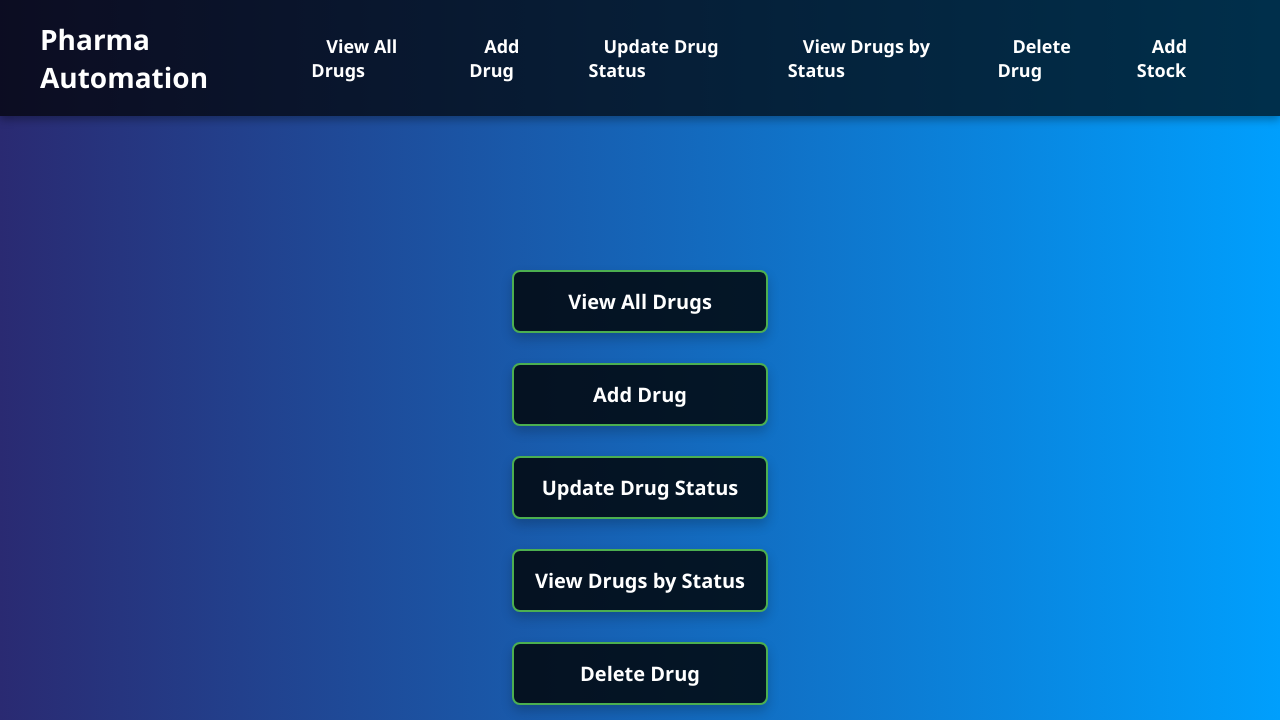
Repository: Clarrieous/Infosys-intern
Page: http://localhost/index
These files come from the project's save history. The page is drawn as it stood at one moment and after the next save; the edit follows.
The browser window is 1280 px wide. The pictures show the whole page.
The page is this project's Thymeleaf template; nobody is signed in. The template is opened directly, without the code that normally fills it, so the values that code supplies are empty.

Above is the page before, as saved 2024-12-08 12:19:46.

### ClientService/src/main/resources/templates/index.html
<!DOCTYPE html>
<html xmlns:th="http://www.thymeleaf.org">
<head>
    <meta charset="UTF-8">
    <meta name="viewport" content="width=device-width, initial-scale=1.0">
    <title>Pharma Automation System</title>
    <style>
        body {
            font-family: 'Segoe UI', Tahoma, Geneva, Verdana, sans-serif;
            margin: 0;
            padding: 0;
            background: linear-gradient(to right, #2a2a72, #009ffd);
            color: #fff;
            height: 100vh;
            display: flex;
            flex-direction: column;
            justify-content: space-between;
        }

        .navbar {
            display: flex;
            justify-content: space-between;
            align-items: center;
            padding: 20px 40px;
            background-color: rgba(0, 0, 0, 0.7);
            box-shadow: 0 4px 8px rgba(0, 0, 0, 0.3);
        }

        .navbar h1 {
            margin: 0;
            font-size: 28px;
            font-weight: bold;
            color: #fff;
        }

        .navbar ul {
            list-style-type: none;
            margin: 0;
            padding: 0;
            display: flex;
        }

        .navbar ul li {
            margin-left: 20px;
        }

        .navbar ul li a {
            color: white;
            text-decoration: none;
            font-size: 18px;
            font-weight: 600;
            transition: color 0.3s;
            padding: 10px 15px;
            border-radius: 4px;
        }

        .navbar ul li a:hover {
            background-color: #4CAF50;
            color: white;
        }

        .button-list {
            display: flex;
            flex-direction: column;
            justify-content: center;
            align-items: center;
            margin-top: 40px;
        }

        .button-list a {
            display: block;
            width: 220px;
            text-align: center;
            padding: 16px;
            margin: 15px 0;
            font-size: 20px;
            font-weight: bold;
            color: #fff;
            background-color: rgba(0, 0, 0, 0.8);
            text-decoration: none;
            border: 2px solid #4CAF50;
            border-radius: 8px;
            transition: all 0.3s ease;
            box-shadow: 0 6px 12px rgba(0, 0, 0, 0.2);
        }

        .button-list a:hover {
            background-color: #4CAF50;
            color: white;
            transform: translateY(-5px);
            box-shadow: 0 8px 16px rgba(0, 0, 0, 0.3);
        }

        @media (max-width: 768px) {
            .navbar {
                flex-direction: column;
                align-items: flex-start;
            }

            .navbar ul {
                flex-direction: column;
            }

            .button-list a {
                width: 90%;
                font-size: 18px;
                padding: 14px;
            }
        }
    </style>
</head>
<body>

    <div class="navbar">
        <h1>Pharma Automation</h1>
        <ul>
            <li><a th:href="@{/viewAllDrugs}">View All Drugs</a></li>
            <li><a th:href="@{/addDrug}">Add Drug</a></li>
            <li><a th:href="@{/updateStatus}">Update Drug Status</a></li>
            <li><a th:href="@{/viewDrugStatus}">View Drugs by Status</a></li>
            <li><a th:href="@{/deleteDrug}">Delete Drug</a></li>
            <li><a th:href="@{/addStock}">Add Stock</a></li>
        </ul>
    </div>

    <div class="button-list">
        <a th:href="@{/viewAllDrugs}">View All Drugs</a>
        <a th:href="@{/addDrug}">Add Drug</a>
        <a th:href="@{/updateStatus}">Update Drug Status</a>
        <a th:href="@{/viewDrugStatus}">View Drugs by Status</a>
        <a th:href="@{/deleteDrug}">Delete Drug</a>
    </div>

</body>
</html>

After the next save:
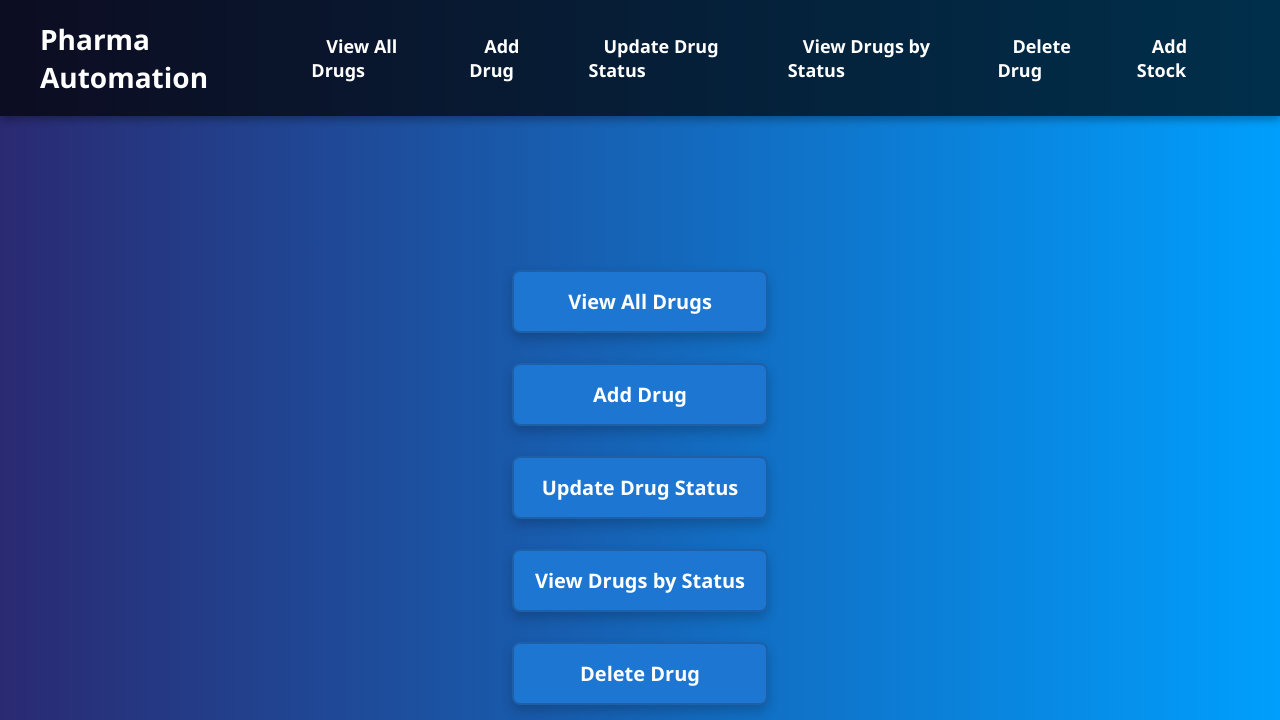
Saved 86 s later.
--- a/ClientService/src/main/resources/templates/index.html
+++ b/ClientService/src/main/resources/templates/index.html
@@ -76,16 +76,16 @@
             font-size: 20px;
             font-weight: bold;
             color: #fff;
-            background-color: rgba(0, 0, 0, 0.8);
+            background-color: #1c76d2; /* Adjusted button color to a blue shade */
             text-decoration: none;
-            border: 2px solid #4CAF50;
+            border: 2px solid #1e60a8; /* Slightly darker blue border */
             border-radius: 8px;
             transition: all 0.3s ease;
             box-shadow: 0 6px 12px rgba(0, 0, 0, 0.2);
         }
 
         .button-list a:hover {
-            background-color: #4CAF50;
+            background-color: #1873b7; /* Slightly darker blue on hover */
             color: white;
             transform: translateY(-5px);
             box-shadow: 0 8px 16px rgba(0, 0, 0, 0.3);
